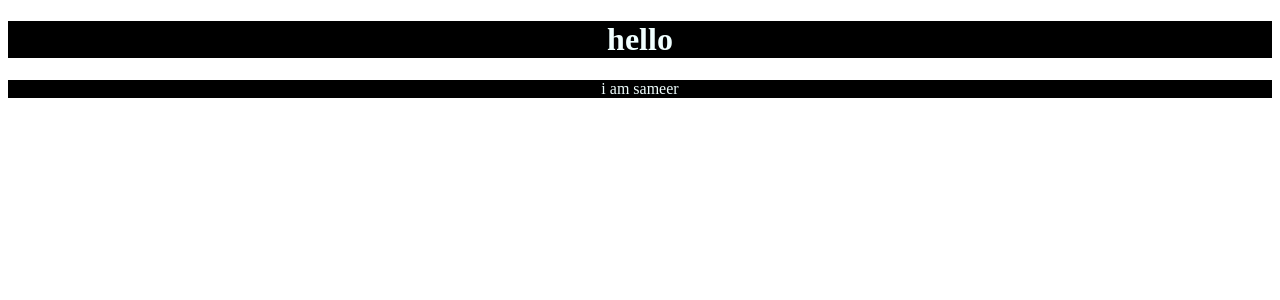
Repository: raheebiradar/webdev-chort-git-masterclass
Page: 8-2-2025/one.html
These files come from the project's save history. The page is drawn as it stood at one moment and after the next save; the edit follows.
The browser window is 1280 px wide. The pictures show the whole page.

Above is the page before, as saved 2025-02-08 21:41:30.

After the next save:
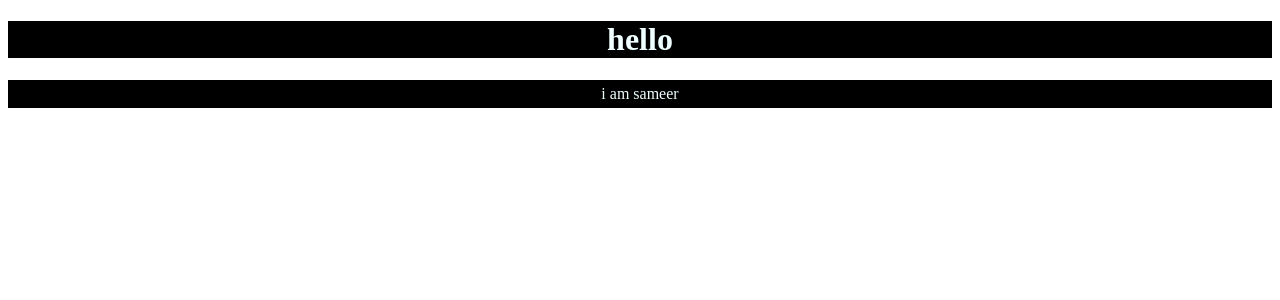
Saved 18 s later.
--- a/8-2-2025/One.css
+++ b/8-2-2025/One.css
@@ -8,5 +8,5 @@ p{
     background-color: rgb(0, 0, 0);
     color: azure;
     text-align: center;
-    padding: 5 5 5 5;
+    padding: 5px 5px 5px  5px;
 }
